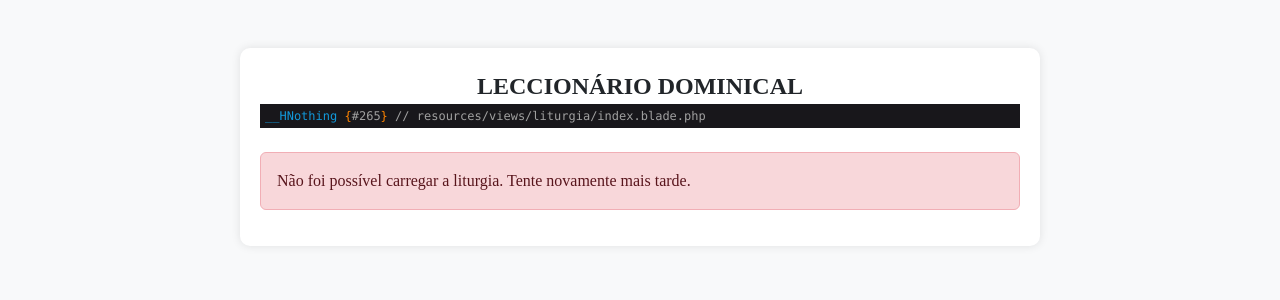
Repository: matheus0810/liturgia-diaria
Page: resources/views/liturgia/index.blade.php
An editor plug-in stored every save of this project. The page is shown before and after the next save, followed by the edit.
The browser window is 1280 px wide. The pictures show the whole page.
The page is served by the project's Laravel application, run on PHP 8.4 with Laravel 12. The template is opened directly, without the code that normally fills it, so the values that code supplies are empty.

Above is the page before, as saved 2025-02-21 15:23:58.

After the next save:
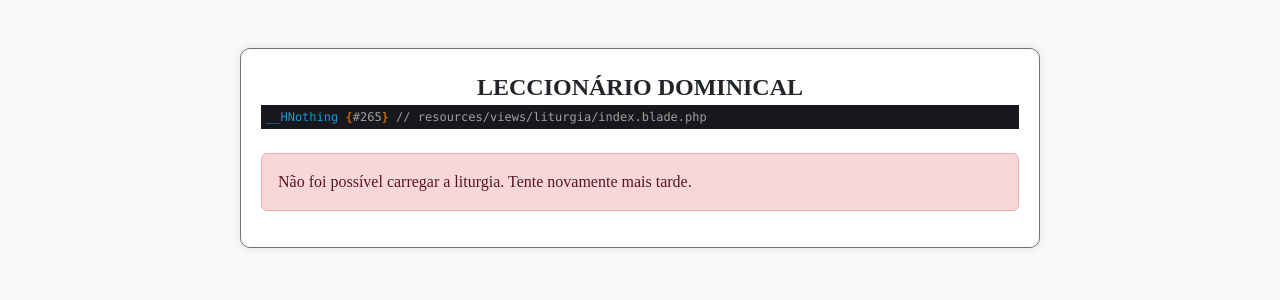
Saved 11 s later.
--- a/resources/views/liturgia/index.blade.php
+++ b/resources/views/liturgia/index.blade.php
@@ -42,7 +42,7 @@
     </style>
 </head>
 <body>
-    <div class="container mt-5 border-solid">
+    <div class="container mt-5 border border-secondary">
         <div class="title">Leccionário Dominical</div>
 
         @dump($liturgia)
